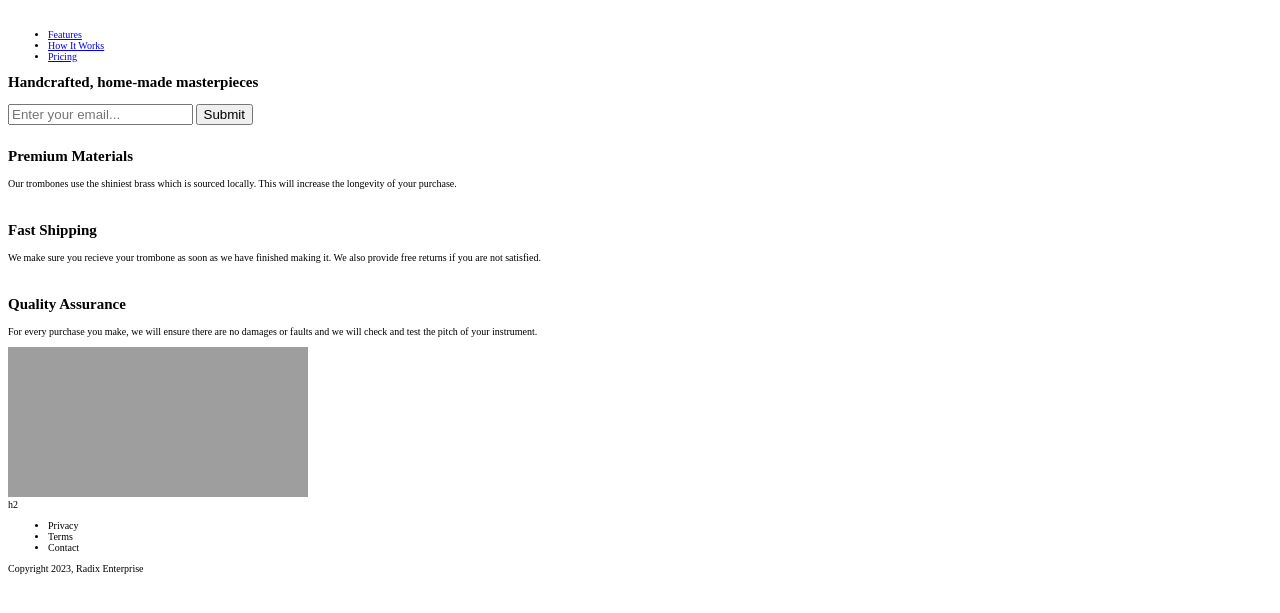
Repository: Lungdjos/product_landing_page_certification
Page: index.html
An editor plug-in stored every save of this project. The page is shown before and after the next save, followed by the edit.
The browser window is 1280 px wide. The pictures show the whole page.
Pictures or frames that could not be fetched are drawn as grey boxes.

Above is the page before, as saved 2023-12-17 23:46:49.

### index.html
<!DOCTYPE html>
<html lang="en">

<head>
    <meta charset="UTF-8">
    <meta name="viewport" content="width=device-width, initial-scale=1.0">
    <title>Product Landing Page</title>
    <link rel="stylesheet" href="./styles.css">
</head>

<body>
    <header id="header">
        <img src="" alt="" id="header-img">
        <nav id="nav-bar">
            <ul>
                <li>
                    <a href="#features" class="nav-link">Features</a>
                </li>
                <li>
                    <a href="#how-it-works" class="nav-link">How It Works</a>
                </li>
                <li>
                    <a href="#pricing" class="nav-link">Pricing</a>
                </li>
            </ul>
        </nav>
    </header>
    <main>
        <section id="home">
            <h2 id="title">Handcrafted, home-made masterpieces</h2>
            <form action="https://www.freecodecamp.com/email-submit" id="form">
                <input type="email" id="email" name="email" placeholder="Enter your email...">
                <input type="submit" id="submit">
            </form>
        </section>
        <section id="features">
            <div class="first-feature">
                <img src="" alt="" class="ft-img">
                <h2 class="ft-heading">Premium Materials</h2>
                <p class="ft-paragraph">Our trombones use the shiniest brass which is sourced locally. This will increase the longevity of your purchase.</p>
            </div>
            <div class="second-feature">
                <img src="" alt="" class="ft-img">
                <h2 class="ft-heading">Fast Shipping</h2>
                <p class="ft-paragraph">We make sure you recieve your trombone as soon as we have finished making it. We also provide free returns if you are not satisfied.</p>
            </div>
            <div class="third-feature">
                <img src="" alt="" class="ft-img">
                <h2 class="ft-heading">Quality Assurance</h2>
                <p class="ft-paragraph">For every purchase you make, we will ensure there are no damages or faults and we will check and test the pitch of your instrument.</p>
            </div>

        </section>
        <section id="how-it-works">
            <iframe src="https://www.youtube.com/watch?v=Ngyygp2oSRk" title="miraclous healing" frameborder="0" id="video"></iframe>
        </section>
        <section id="pricing">
            <div class="item1">
                h2
            </div>
            <div class="item2"></div>
            <div class="item3"></div>
        </section>
    </main>
    <footer>

        <ul>
            <li>Privacy</li>
            <li>Terms</li>
            <li>Contact</li>
        </ul>
        <p>Copyright 2023, Radix Enterprise</p>
    </footer>
</body>

</html>

</html>

</html>

### styles.css
/* Page Stylings */

* {
    box-sizing: border-box;
}

body {
    font-size: 62.5%;
}

After the next save:
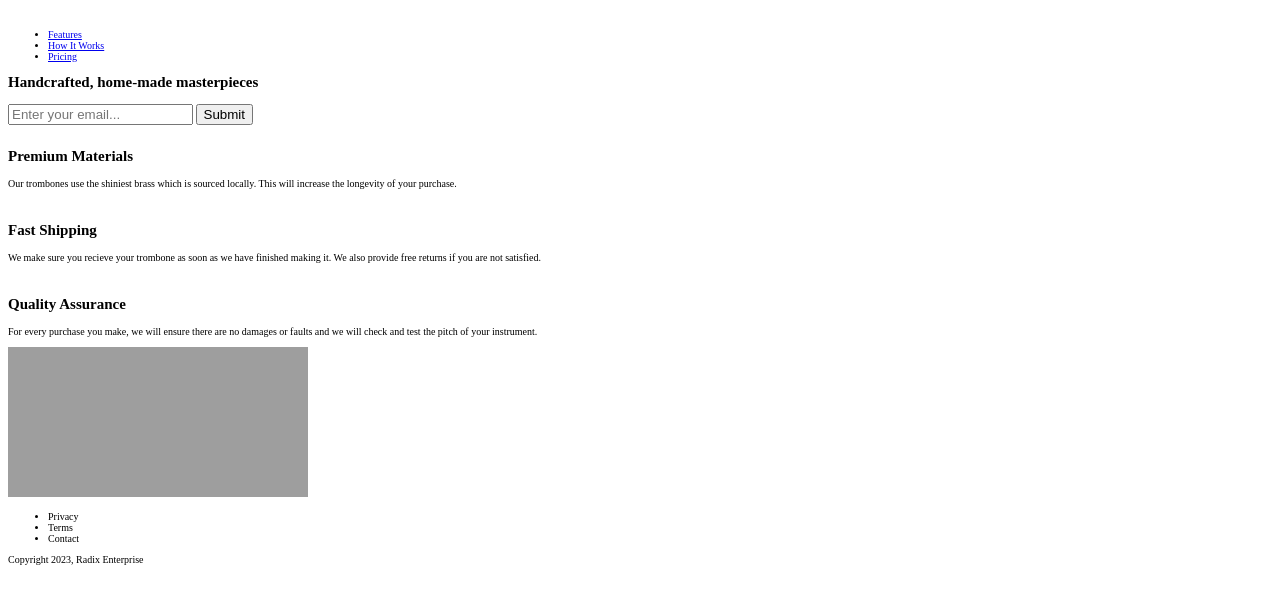
Saved 6 s later.
--- a/index.html
+++ b/index.html
@@ -56,7 +56,7 @@
         </section>
         <section id="pricing">
             <div class="item1">
-                h2
+                <h2></h2>
             </div>
             <div class="item2"></div>
             <div class="item3"></div>

After the save that followed:
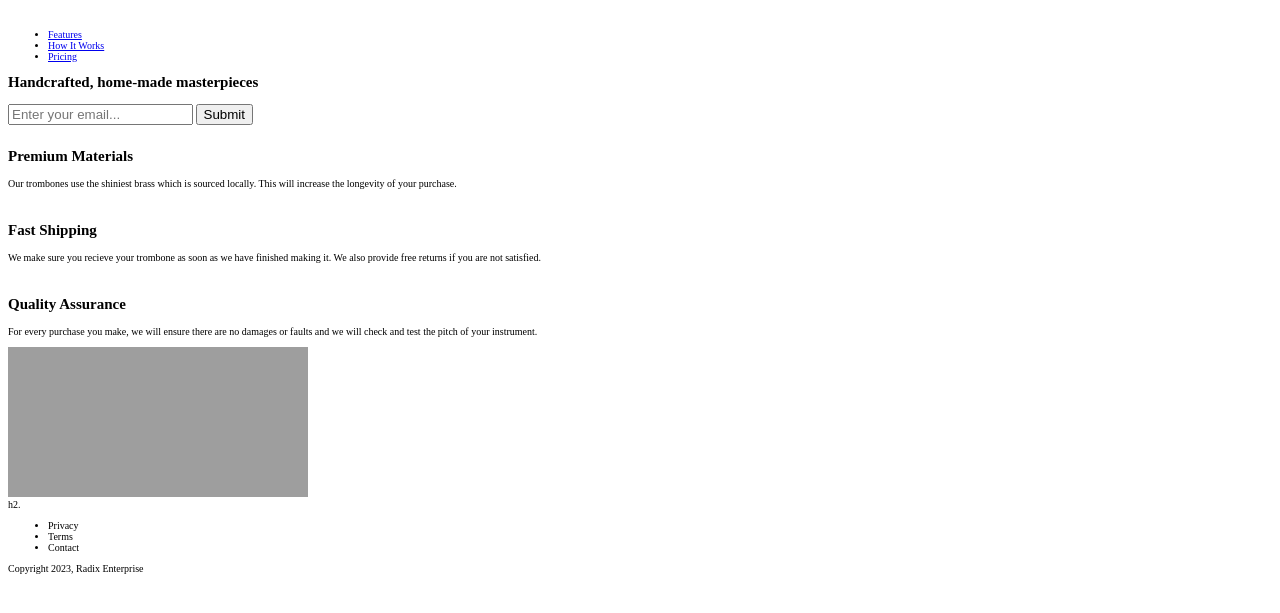
Saved 19 s later.
--- a/index.html
+++ b/index.html
@@ -56,7 +56,7 @@
         </section>
         <section id="pricing">
             <div class="item1">
-                <h2></h2>
+                h2.
             </div>
             <div class="item2"></div>
             <div class="item3"></div>
